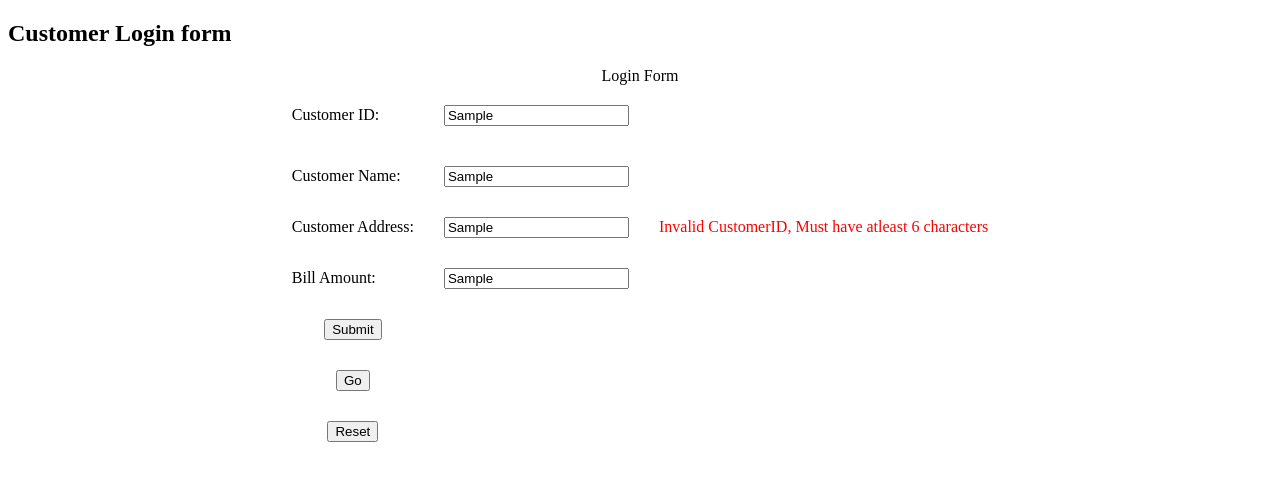
Repository: abhishek110597/Deloitte
Page: Workspace/JavaTraining/CustomerForm.html
These files come from the project's save history. The page is drawn as it stood at one moment and after the next save; the edit follows.
The browser window is 1280 px wide. The pictures show the whole page.
Empty fields were first filled with sample values (such as "Sample", 5 or name@example.com).
After loading, the first visible `#Go` was clicked once.

Above is the page before, as saved 2019-12-30 08:46:48.

After the next save:
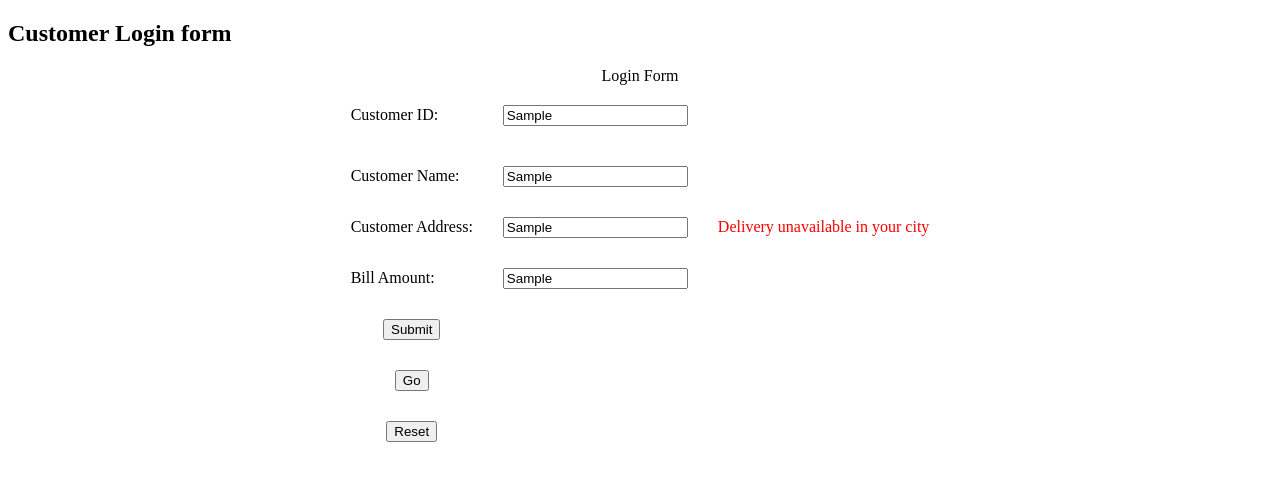
Saved 26 s later.
--- a/Workspace/JavaTraining/CustomerForm.html
+++ b/Workspace/JavaTraining/CustomerForm.html
@@ -23,7 +23,7 @@ function validate(){
 		errorCustomerAddress.innerHTML=""
 	}
 			else
-				errorCustomerAddress.innerHTML="<font color='red'>Invalid CustomerID, Must have atleast 6 characters"
+				errorCustomerAddress.innerHTML="<font color='red'>Delivery unavailable in your city"
 
 	if(customerId==0||customerId.length<6){
 						errorCustomerId.innerHTML="<font color='red'>Invalid CustomerID, Must have atleast 6 characters"
